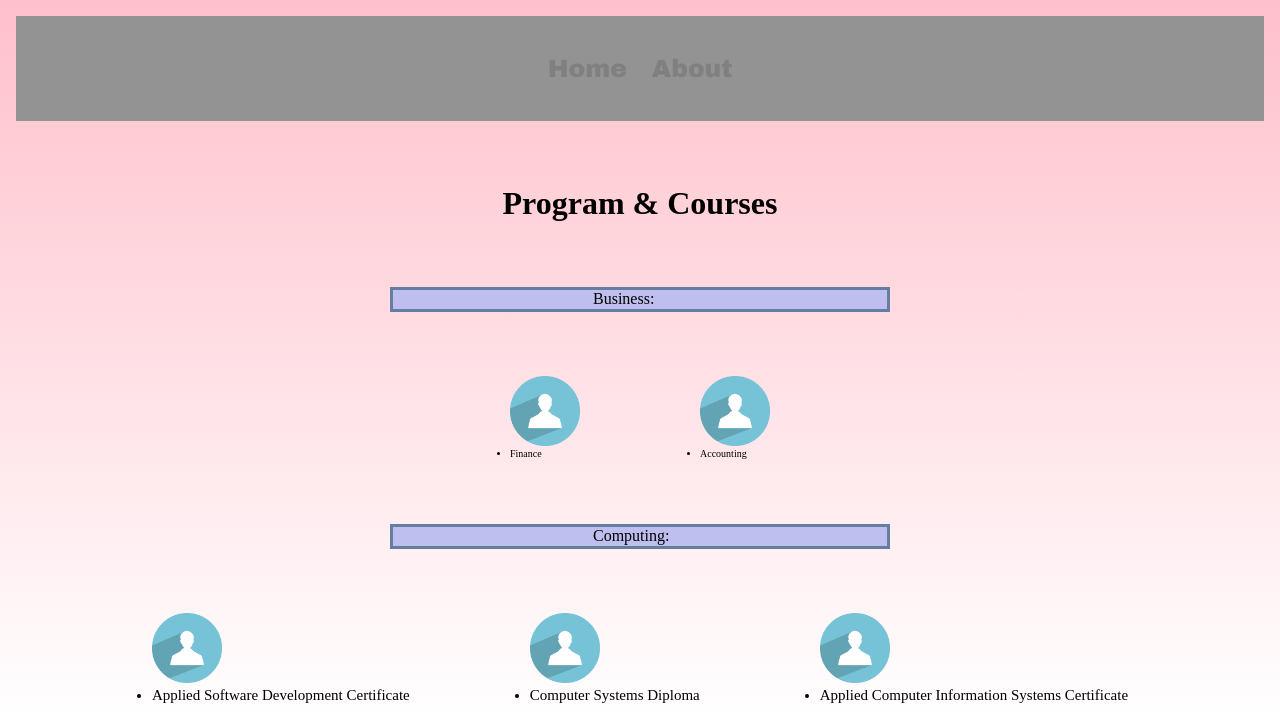
Repository: anoncoderin/madhu-assignment3
Page: /
These files come from the project's save history. The page is drawn as it stood at one moment and after the next save; the edit follows.
The browser window is 1280 px wide. The pictures show the whole page.
The pointer rests on the first visible `p`.
The project was rebuilt for these pictures with package versions that can differ from the ones it lists, and the page was loaded fresh each time. The framework's server and built-in components were replaced by stand-ins that run in the browser. Also part of the build but not shown: next.config.js, components/Card/Card.module.css.

Above is the page before, as saved 2023-01-22 22:52:08.

### pages/index.js
import Head from 'next/head'
import Image from 'next/image'
import { Inter } from '@next/font/google'
import styles from '@/styles/Home.module.css'
import { useState } from 'react'
import data from '../data/education.json'
import Link from 'next/link'
import Card from '../components/Card'
import style from '../components/Card/Card.module.css'

export default function Home() {
  console.log(data);
  const [information, setInformation] = useState([...data])
  return (
    <>
      <Head>

      </Head>
      <main className={styles.main}>
        <div className={styles.nav}>
        <p> Home &nbsp;&nbsp;
          <Link href="about"><b>About</b></Link>
        </p>
        </div>
        <h1>Program & Courses</h1>
      <div className={styles.heading}>Business:</div>
      <div className={styles.row}>
      {
        information && information.map((info, index)=>{
          if(info.department === "Business"){
            return(
              <Card key={index} degree={info.degree}></Card>
            )
          }
        })
      }
      </div>
      <div className={styles.heading}>Computing:</div>
      <div className={styles.row}>
      {
        information && information.map((info, index)=>{
          if(info.department === "Computing"){
            return(

              <Card key={index} degree={info.degree} font={15}></Card>
            )
          }
        })
      }
      </div>
      </main>
    </>
  )
}

### styles/globals.css
:root {
  --max-width: 1100px;
  --border-radius: 12px;
  --font-mono: ui-monospace, Menlo, Monaco, 'Cascadia Mono', 'Segoe UI Mono',
    'Roboto Mono', 'Oxygen Mono', 'Ubuntu Monospace', 'Source Code Pro',
    'Fira Mono', 'Droid Sans Mono', 'Courier New', monospace;

  --foreground-rgb: 0, 0, 0;
  --background-start-rgb: 255, 192, 203;
  --background-end-rgb: 255, 255, 255;

  --primary-glow: conic-gradient(
    from 180deg at 50% 50%,
    hsla(78, 61%, 87%, 0.2) 0deg,
    #0885ff33 55deg,
    #54d6ff33 120deg,
    #0071ff33 160deg,
    transparent 360deg
  );
  --secondary-glow: radial-gradient(
    rgba(255, 255, 255, 1),
    rgba(255, 255, 255, 0)
  );

  --tile-start-rgb: 239, 245, 249;
  --tile-end-rgb: 228, 232, 233;
  --tile-border: conic-gradient(
    #00000080,
    #00000040,
    #00000030,
    #00000020,
    #00000010,
    #00000010,
    #00000080
  );

  --callout-rgb: 238, 240, 241;
  --callout-border-rgb: 172, 175, 176;
  --card-rgb: 180, 185, 188;
  --card-border-rgb: 131, 134, 135;
}

@media (prefers-color-scheme: dark) {
  :root {
    --foreground-rgb: 255, 255, 255;
    --background-start-rgb: 0, 0, 0;
    --background-end-rgb: 0, 0, 0;

    --primary-glow: radial-gradient(rgba(1, 65, 255, 0.4), rgba(1, 65, 255, 0));
    --secondary-glow: linear-gradient(
      to bottom right,
      rgba(1, 65, 255, 0),
      rgba(1, 65, 255, 0),
      rgba(1, 65, 255, 0.3)
    );

    --tile-start-rgb: 2, 13, 46;
    --tile-end-rgb: 2, 5, 19;
    --tile-border: conic-gradient(
      #ffffff80,
      #ffffff40,
      #ffffff30,
      #ffffff20,
      #ffffff10,
      #ffffff10,
      #ffffff80
    );

    --callout-rgb: 20, 20, 20;
    --callout-border-rgb: 108, 108, 108;
    --card-rgb: 100, 100, 100;
    --card-border-rgb: 200, 200, 200;
  }
}

* {
  box-sizing: border-box;
  padding: 0;
  margin: 0;
}

html,
body {
  max-width: 100vw;
  overflow-x: hidden;
}

body {
  color: rgb(var(--foreground-rgb));
  background: linear-gradient(
      to bottom,
      transparent,
      rgb(var(--background-end-rgb))
    )
    rgb(var(--background-start-rgb));
}

a {
  color: inherit;
  text-decoration: none;
}

@media (prefers-color-scheme: dark) {
  html {
    color-scheme: dark;
  }
}

### styles/Home.module.css
.main {
  display: flex;
  flex-direction: column;
  justify-content: space-between;
  align-items: center;
  padding: 1rem;
  min-height: 100vh;
}
.row{
  display: flex;
  flex-direction: row;
  justify-content:space-evenly;
  gap: 120px;

}
.nav{
  display: flex;
  flex-direction: column;
  justify-content: space-between;
  align-items: center;
      padding: 39px;
  background-color: rgb(147, 147, 147);
  color: rgb(42, 4, 129);

  font-size: 25px;
  margin: 45;
  font-family: arial black;
  width: 100%;
}
p:hover{
  color: grey;
}

.heading{
  padding-left: 200px;
  height: 25px;
  width: 500px;
  background-color: #bebeef;
  border-style:solid;
  border-color:#657d9f;
}

.degree{
  display: flex;
  flex-direction: column;

  gap: 5px;
}

.description {
  display: inherit;
  justify-content: inherit;
  align-items: inherit;
  font-size: 0.85rem;
  max-width: var(--max-width);
  width: 100%;
  z-index: 2;
  font-family: var(--font-mono);
}

.description a {
  display: flex;
  justify-content: center;
  align-items: center;
  gap: 0.5rem;
}

.description p {
  position: relative;
  margin: 0;
  padding: 1rem;
  background-color: rgba(var(--callout-rgb), 0.5);
  border: 1px solid rgba(var(--callout-border-rgb), 0.3);
  border-radius: var(--border-radius);
}

.code {
  font-weight: 700;
  font-family: var(--font-mono);
}

.grid {
  display: grid;
  grid-template-columns: repeat(4, minmax(25%, auto));
  width: var(--max-width);
  max-width: 100%;
}

.card {
  padding: 1rem 1.2rem;
  border-radius: var(--border-radius);
  background: rgba(var(--card-rgb), 0);
  border: 1px solid rgba(var(--card-border-rgb), 0);
  transition: background 200ms, border 200ms;
}

.card span {
  display: inline-block;
  transition: transform 200ms;
}

.card h2 {
  font-weight: 600;
  margin-bottom: 0.7rem;
}

.card p {
  margin: 0;
  opacity: 0.6;
  font-size: 0.9rem;
  line-height: 1.5;
  max-width: 30ch;
}

.center {
  display: flex;
  justify-content: center;
  align-items: center;
  position: relative;
  padding: 4rem 0;
}

.center::before {
  background: var(--secondary-glow);
  border-radius: 50%;
  width: 480px;
  height: 360px;
  margin-left: -400px;
}

.center::after {
  background: var(--primary-glow);
  width: 240px;
  height: 180px;
  z-index: -1;
}

.center::before,
.center::after {
  content: '';
  left: 50%;
  position: absolute;
  filter: blur(45px);
  transform: translateZ(0);
}

.logo,
.thirteen {
  position: relative;
}

.thirteen {
  display: flex;
  justify-content: center;
  align-items: center;
  width: 75px;
  height: 75px;
  padding: 25px 10px;
  margin-left: 16px;
  transform: translateZ(0);
  border-radius: var(--border-radius);
  overflow: hidden;
  box-shadow: 0px 2px 8px -1px #0000001a;
}

.thirteen::before,
.thirteen::after {
  content: '';
  position: absolute;
  z-index: -1;
}

/* Conic Gradient Animation */
.thirteen::before {
  animation: 6s rotate linear infinite;
  width: 200%;
  height: 200%;
  background: var(--tile-border);
}

/* Inner Square */
.thirteen::after {
  inset: 0;
  padding: 1px;
  border-radius: var(--border-radius);
  background: linear-gradient(
    to bottom right,
    rgba(var(--tile-start-rgb), 1),
    rgba(var(--tile-end-rgb), 1)
  );
  background-clip: content-box;
}

/* Enable hover only on non-touch devices */
@media (hover: hover) and (pointer: fine) {
  .card:hover {
    background: rgba(var(--card-rgb), 0.1);
    border: 1px solid rgba(var(--card-border-rgb), 0.15);
  }

  .card:hover span {
    transform: translateX(4px);
  }
}

@media (prefers-reduced-motion) {
  .thirteen::before {
    animation: none;
  }

  .card:hover span {
    transform: none;
  }
}

/* Mobile */
@media (max-width: 700px) {
  .content {
    padding: 4rem;
  }

  .grid {
    grid-template-columns: 1fr;
    margin-bottom: 120px;
    max-width: 320px;
    text-align: center;
  }

  .card {
    padding: 1rem 2.5rem;
  }

  .card h2 {
    margin-bottom: 0.5rem;
  }

  .center {
    padding: 8rem 0 6rem;
  }

  .center::before {
    transform: none;
    height: 300px;
  }

  .description {
    font-size: 0.8rem;
  }

  .description a {
    padding: 1rem;
  }

  .description p,
  .description div {
    display: flex;
    justify-content: center;
    position: fixed;
    width: 100%;
  }

  .description p {
    align-items: center;
    inset: 0 0 auto;
    padding: 2rem 1rem 1.4rem;
    border-radius: 0;
    border: none;
    border-bottom: 1px solid rgba(var(--callout-border-rgb), 0.25);
    background: linear-gradient(
      to bottom,
      rgba(var(--background-start-rgb), 1),
      rgba(var(--callout-rgb), 0.5)
    );
    background-clip: padding-box;
    backdrop-filter: blur(24px);
  }

  .description div {
    align-items: flex-end;
    pointer-events: none;
    inset: auto 0 0;
    padding: 2rem;
    height: 200px;
    background: linear-gradient(
      to bottom,
      transparent 0%,
      rgb(var(--background-end-rgb)) 40%
    );
    z-index: 1;
  }
}

/* Tablet and Smaller Desktop */
@media (min-width: 701px) and (max-width: 1120px) {
  .grid {
    grid-template-columns: repeat(2, 50%);
  }
}

@media (prefers-color-scheme: dark) {
  .vercelLogo {
    filter: invert(1);
  }

  .logo,
  .thirteen img {
    filter: invert(1) drop-shadow(0 0 0.3rem #ffffff70);
  }
}

@keyframes rotate {
  from {
    transform: rotate(360deg);
  }
  to {
    transform: rotate(0deg);
  }
}

### data/education.json
[
        {
            "studentNumber": "A0004567",
            "firstName": "Person 1",
            "gpa": 3.8,
            "department": "Business",
            "degree": "Finance",
            "graduted": 2014
        },
        {
            "studentNumber": "A0001234",
            "firstName": "Person 2",
            "gpa": 3.5,
            "department": "Business",
            "degree": "Accounting",
            "graduted": 2010
        },
        {
            "studentNumber": "A0007890",
            "firstName": "Person 3",
            "gpa": 3.2,
            "department": "Computing",
            "degree": "Applied Software Development Certificate",
            "graduted": 2018
        },
        {
            "studentNumber": "A0007828",
            "firstName": "Person 4",
            "gpa": 3.9,
            "department": "Computing",
            "degree": "Computer Systems Diploma",
            "graduted": 2021
        },
        {
            "studentNumber": "A0003425",
            "firstName": "Person 5",
            "gpa": 3.2,
            "department": "Computing",
            "degree": "Applied Computer Information Systems Certificate",
            "graduted": 2021
        }

]

### components/Card/index.js
export default function Card(
    {
        degree="none",
        color="purple",
        font=10,
        image='icon/personTwo.png'
    }
){
    return(
        <div  style={{backgroundcolor:color, fontSize:font }}>
           <img src={'icon/person.png'} width="70px"></img>
           <ul> <li>{degree}
            </li>

            </ul>
        </div>
    )
}

Loaded but not shown: pages/_app.js (common file); pages/_document.js (common file)

After the next save:
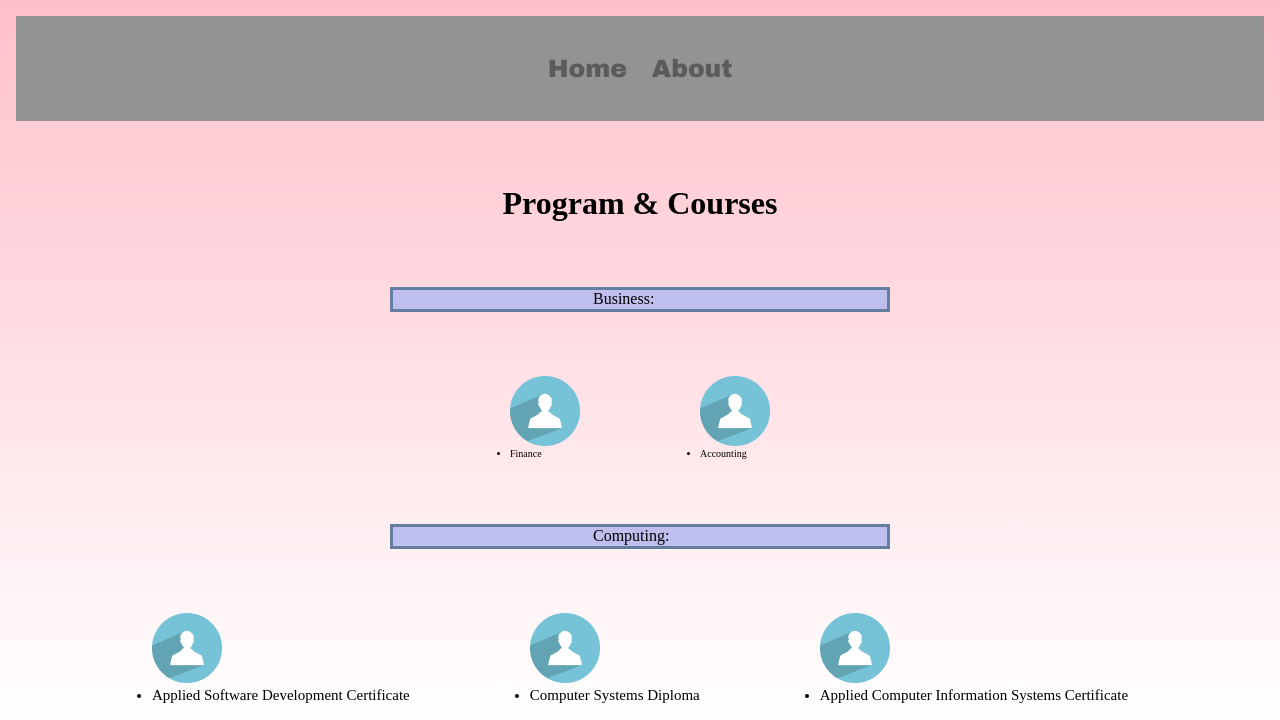
Saved 12 s later.
--- a/styles/Home.module.css
+++ b/styles/Home.module.css
@@ -28,7 +28,7 @@
   width: 100%;
 }
 p:hover{
-  color: grey;
+  color: rgb(92, 91, 91);
 }
 
 .heading{
